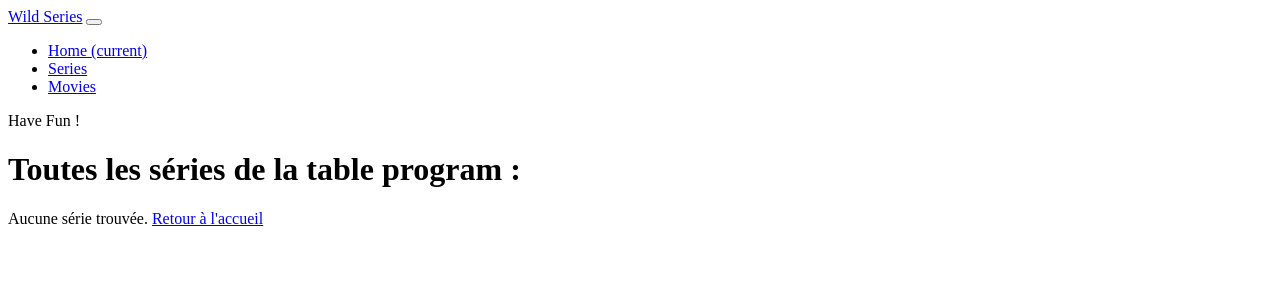
Repository: AurelieFqt/Wild-series
Page: templates/program/index.html.twig
The author's editor kept a copy of each file at every save. The page is drawn from the files as they stood at one save, then again after the next save.
The browser window is 1280 px wide. The pictures show the whole page.
The page is a Twig template of a Symfony application; nobody is signed in and links lead nowhere. Other server files are loaded and not shown. The template is opened directly, without the code that normally fills it, so the values that code supplies are empty.

Above is the page before, as saved 2020-11-29 19:00:04.

### templates/program/index.html.twig
{% extends "base.html.twig" %}

{% block title %}All programs{% endblock %}

{% block body %}
    <h1>Toutes les séries de la table program : </h1>
    {% for program in programs %}
        <div>
            <h2>{{ loop.index }} / {{ program.title }} - Catégorie : {{ program.category.name }}</h2>
            <p>{{ program.summary }}</p>
            <a href="{{ path("program_show", { id: program.id }) }}">Voir la fiche</a>
        </div>
    {% else %}
        Aucune série trouvée.
    {% endfor %}

    <a href="{{ path('app_index') }}">
        Retour à l'accueil
    </a>
{% endblock %}

### templates/base.html.twig
<!DOCTYPE html>
<html>
    <head>
        <meta charset="UTF-8">
        <link rel="icon" href="favicon.ico" />
        <title>{% block title %}Welcome!{% endblock %}</title>
        {% block stylesheets %}
            {{ encore_entry_link_tags('app') }}
        {% endblock %}
    </head>
    <body>
        {% block header %}
            {% include "program/_navbar.html.twig" %}
        {% endblock %}

        {% block body %}
        {% endblock %}
        {% block javascripts %}
            {{ encore_entry_script_tags('app') }}
        {% endblock %}
    </body>
</html>

### webpack.config.js
var Encore = require('@symfony/webpack-encore');

// Manually configure the runtime environment if not already configured yet by the "encore" command.
// It's useful when you use tools that rely on webpack.config.js file.
if (!Encore.isRuntimeEnvironmentConfigured()) {
    Encore.configureRuntimeEnvironment(process.env.NODE_ENV || 'dev');
}

Encore
    // directory where compiled assets will be stored
    .setOutputPath('public/build/')

    .copyFiles({
        from: './assets/images',
        // optional target path, relative to the output dir
        //to: 'images/[path][name].[ext]',
        // if versioning is enabled, add the file hash too
       //to: 'images/[path][name].[hash:8].[ext]',
        // only copy files matching this pattern
        //pattern: /\.(png|jpg|jpeg)$/
    })

    // public path used by the web server to access the output path
    .setPublicPath('/build')
    // only needed for CDN's or sub-directory deploy
    //.setManifestKeyPrefix('build/')

    /*
     * ENTRY CONFIG
     *
     * Add 1 entry for each "page" of your app
     * (including one that's included on every page - e.g. "app")
     *
     * Each entry will result in one JavaScript file (e.g. app.js)
     * and one CSS file (e.g. app.css) if your JavaScript imports CSS.
     */
    .addEntry('app', './assets/app.js')
    //.addEntry('page1', './assets/page1.js')
    //.addEntry('page2', './assets/page2.js')

    // When enabled, Webpack "splits" your files into smaller pieces for greater optimization.
    .splitEntryChunks()

    // will require an extra script tag for runtime.js
    // but, you probably want this, unless you're building a single-page app
    .enableSingleRuntimeChunk()

    /*
     * FEATURE CONFIG
     *
     * Enable & configure other features below. For a full
     * list of features, see:
     * https://symfony.com/doc/current/frontend.html#adding-more-features
     */
    .cleanupOutputBeforeBuild()
    .enableBuildNotifications()
    .enableSourceMaps(!Encore.isProduction())
    // enables hashed filenames (e.g. app.abc123.css)
    .enableVersioning(Encore.isProduction())

    // enables @babel/preset-env polyfills
    .configureBabelPresetEnv((config) => {
        config.useBuiltIns = 'usage';
        config.corejs = 3;
    })

    // enables Sass/SCSS support
    .enableSassLoader()

    // uncomment if you use TypeScript
    //.enableTypeScriptLoader()

    // uncomment to get integrity="..." attributes on your script & link tags
    // requires WebpackEncoreBundle 1.4 or higher
    //.enableIntegrityHashes(Encore.isProduction())

    // uncomment if you're having problems with a jQuery plugin
    //.autoProvidejQuery()

    // uncomment if you use API Platform Admin (composer req api-admin)
    //.enableReactPreset()
    //.addEntry('admin', './assets/admin.js')
;

module.exports = Encore.getWebpackConfig();

### templates/program/_navbar.html.twig
{% block header %}
  <nav class="navbar navbar-expand-lg navbar-dark bg-primary">
  <a class="navbar-brand" href="{{ path('app_index') }}">Wild Series</a>
  <button class="navbar-toggler" type="button" data-toggle="collapse" data-target="#navbarText" aria-controls="navbarText" aria-expanded="false" aria-label="Toggle navigation">
    <span class="navbar-toggler-icon"></span>
  </button>
  <div class="collapse navbar-collapse" id="navbarText">
    <ul class="navbar-nav mr-auto">
      <li class="nav-item active">
        <a class="nav-link" href="{{ path('app_index') }}">Home <span class="sr-only">(current)</span></a>
      </li>
      <li class="nav-item">
        <a class="nav-link" href="{{ path('program_index') }}">Series</a>
      </li>
      <li class="nav-item">
        <a class="nav-link" href="#">Movies</a>
      </li>
    </ul>
    <span class="navbar-text">
      Have Fun !
    </span>
  </div>
</nav>
{% endblock %}

After the next save:
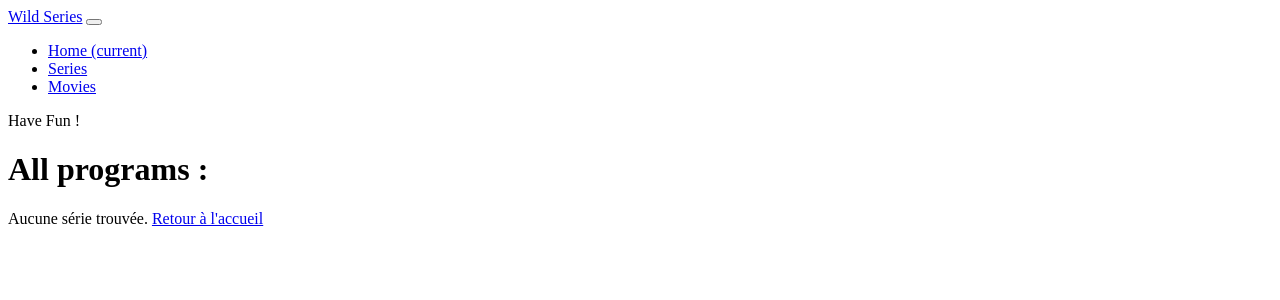
Saved 53 s later.
--- a/templates/program/index.html.twig
+++ b/templates/program/index.html.twig
@@ -3,7 +3,7 @@
 {% block title %}All programs{% endblock %}
 
 {% block body %}
-    <h1>Toutes les séries de la table program : </h1>
+    <h1>All programs : </h1>
     {% for program in programs %}
         <div>
             <h2>{{ loop.index }} / {{ program.title }} - Catégorie : {{ program.category.name }}</h2>
